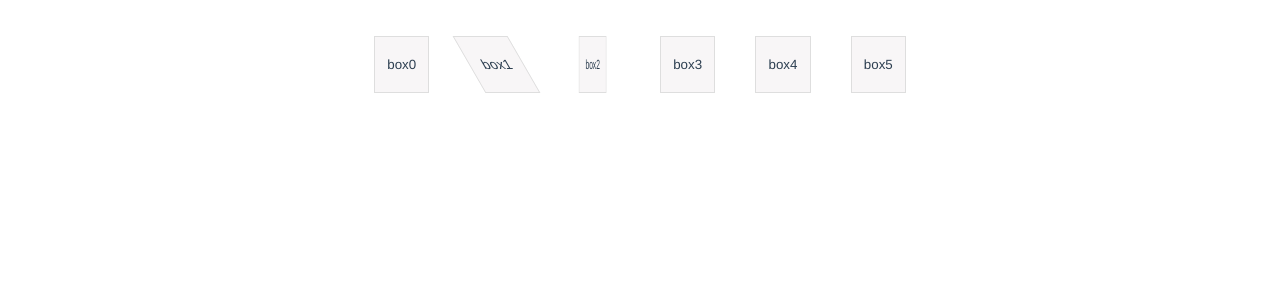
Repository: Yolanda0007/IFE-transition-demo
Page: /#/transform
An editor plug-in stored every save of this project. The page is shown before and after the next save, followed by the edit.
The browser window is 1280 px wide. The pictures show the whole page.
The project was rebuilt for these pictures with package versions that can differ from the ones it lists, and the page was loaded fresh each time. Also part of the build but not shown: src/components/HelloWorld.vue, src/components/Area.vue.

Above is the page before, as saved 2018-10-26 15:18:56.

### src/App.vue
<template>
  <div id="app">
    <router-view/>
  </div>
</template>

<script>
export default {
  name: 'App',
  methods: {
    rem () {
      var html = document.documentElement
      var width = Math.min(html.getBoundingClientRect().width, 500)
      var fontSize = width * 100 / 750 + 'px'
      html.style.fontSize = fontSize
    }
  },
  beforeMount () {
    this.rem()
  },
  mounted () {
    // window.onresize = function () { this.rem() }
  }
}
</script>

<style>
#app {
  font-family: 'Avenir', Helvetica, Arial, sans-serif;
  -webkit-font-smoothing: antialiased;
  -moz-osx-font-smoothing: grayscale;
  text-align: center;
  color: #2c3e50;
}
</style>

### src/router/index.js
import Vue from 'vue'
import Router from 'vue-router'
import HelloWorld from '@/components/HelloWorld'
import Area from '@/components/Area'
import transform from '@/components/transform'

Vue.use(Router)

export default new Router({
  routes: [
    {
      path: '/hello',
      name: 'HelloWorld',
      component: HelloWorld
    },
    {
      path: '/area',
      name: 'Area',
      component: Area
    },
    {
      path: '/transform',
      name: 'transform',
      component: transform
    }
  ]
})

### src/components/transform.vue
<template>
  <div class="container">
    <div class="box-0">box0</div>
    <div class="box-0 skew">box1</div>
    <div class="box-0 scale">box2</div>
    <div class="box-0 rotate">box3</div>
    <div class="box-0 translate">box4</div>
    <div class="box-0 matrix">box5</div>
  </div>
</template>
<script>
export default {
  name: 'transform'
}
</script>
<style lang="scss" scoped>
@import '../assets/scss/rem.scss';
  .box-0{
    width: rem(80);
    border: 1px solid #dedede;
    background-color: #f8f6f7;
    display: inline-block;
    margin: rem(30);
    font-size: rem(20);
    text-align: center;
    line-height: normal;
    padding: rem(30) 0;
  }

  .skew{
    transform: skew(30deg); // 倾斜
  }
  .scale{
    transform: scale(0.5,1);
  }
  .translate{
    transform: rotate(10px,20px);
  }
</style>

### src/assets/scss/rem.scss
@function rem($px) {
  @return $px / 100 + rem
}

Loaded but not shown: index.html (common file); src/main.js (common file)

After the next save:
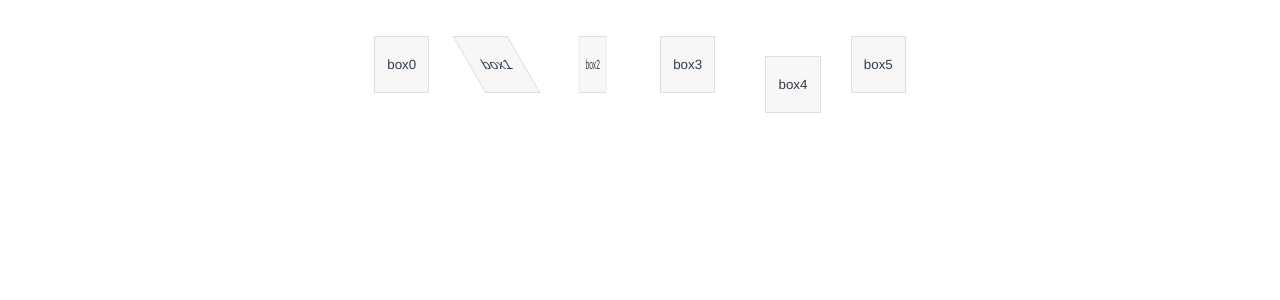
Saved 63 s later.
--- a/src/components/transform.vue
+++ b/src/components/transform.vue
@@ -34,6 +34,6 @@
     transform: scale(0.5,1);
   }
   .translate{
-    transform: rotate(10px,20px);
+    transform: translate(10px,20px);
   }
 </style>
